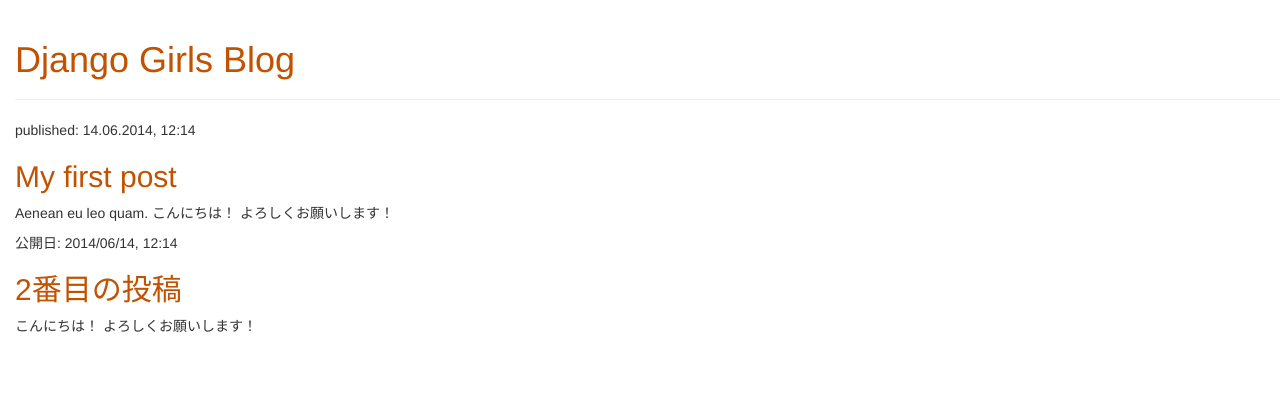
Repository: yoku-094/practice_python
Page: http://localhost/
These files come from the project's save history. The page is drawn as it stood at one moment and after the next save; the edit follows.
The browser window is 1280 px wide. The pictures show the whole page.
Some web libraries are served in a nearby version. The page is served by the project's application, run on Django 3.2 (manage.py). Other server files are loaded and not shown. Queries for data that is not in the repository find no rows.

Above is the page before, as saved 2022-08-30 12:40:50.

### blog/templatetags/markdown_filter.py
import markdown
from django import template
from django.utils.safestring import mark_safe

register = template.Library()

@register.filter
def markdown_to_html(text):
    return mark_safe(markdown.markdown(text))

### blog/templates/blog/post_list.html
{% load static %}
<html>
  <head>
    <title>Django Girls blog</title>
    <link
      rel="stylesheet"
      href="//maxcdn.bootstrapcdn.com/bootstrap/3.2.0/css/bootstrap.min.css"
    />
    <link
      rel="stylesheet"
      href="//maxcdn.bootstrapcdn.com/bootstrap/3.2.0/css/bootstrap-theme.min.css"
    />
    <link rel="stylesheet" href="{% static 'css/blog.css' %}" />
  </head>
  <body>
    <div class="page-header">
      <h1><a href="/">Django Girls Blog</a></h1>
    </div>

    {% for post in posts %}
    <div class="post">
      <p>published: {{ post.published_date }}</p>
      <h2><a href="">{{ post.title }}</a></h2>
      <p>{{ post.text|linebreaksbr }}</p>
    </div>
    {% endfor %}

    <div>
      <p>published: 14.06.2014, 12:14</p>
      <h2><a href="">My first post</a></h2>
      <p>Aenean eu leo quam. こんにちは！ よろしくお願いします！</p>
    </div>

    <div>
      <p>公開日: 2014/06/14, 12:14</p>
      <h2><a href="">2番目の投稿</a></h2>
      <p>こんにちは！ よろしくお願いします！</p>
    </div>
  </body>
</html>

### blog/views.py
from django.shortcuts import render
from django.utils import timezone
from .models import Post

# ポストの一覧を表示（モデルに情報を要求し、テンプレートに渡す）
def post_list(request):
    # request：インターネットを介してユーザから受け取った全ての情報が詰まったもの

    # Postモデルからブログの記事を取り出して並べ替える
    posts = Post.objects.filter(published_date__lte=timezone.now()).order_by('published_date')

    # {}の中に指定した情報をテンプレートで表示（{'名前': 値（クエリセット）}）
    return render(request, 'blog/post_list.html', {'posts': posts})

### mysite/urls.py
"""mysite URL Configuration

The `urlpatterns` list routes URLs to views. For more information please see:
    https://docs.djangoproject.com/en/3.2/topics/http/urls/
Examples:
Function views
    1. Add an import:  from my_app import views
    2. Add a URL to urlpatterns:  path('', views.home, name='home')
Class-based views
    1. Add an import:  from other_app.views import Home
    2. Add a URL to urlpatterns:  path('', Home.as_view(), name='home')
Including another URLconf
    1. Import the include() function: from django.urls import include, path
    2. Add a URL to urlpatterns:  path('blog/', include('blog.urls'))
"""
from django.contrib import admin
from django.urls import path, include

urlpatterns = [
    path('admin/', admin.site.urls),

    # リダイレクト
    path('', include('blog.urls')),
]

### blog/static/css/blog.css
h1 a,
h2 a {
  color: #c25100;
}

body {
  padding-left: 15px;
}

Loaded but not shown: blog/urls.py (common file)

After the next save:
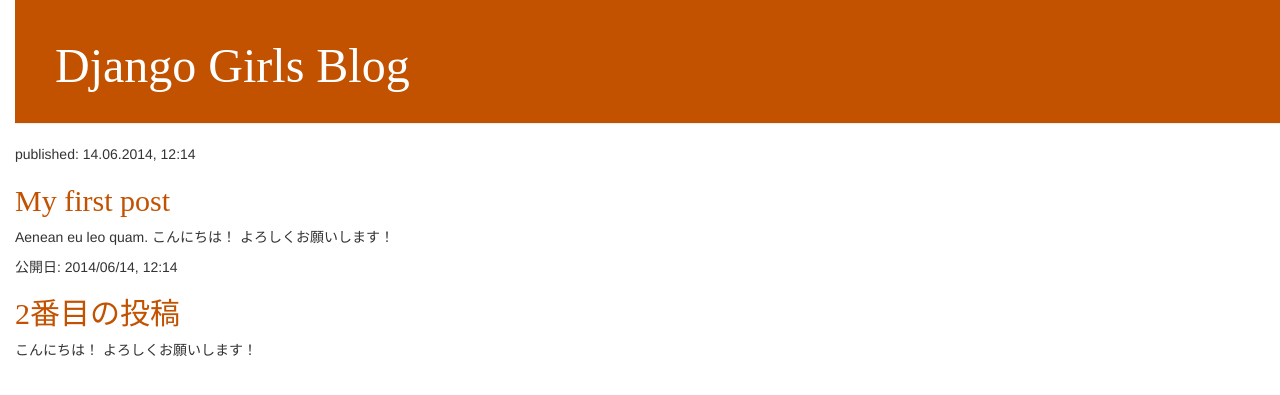
Saved 23 s later.
--- a/blog/static/css/blog.css
+++ b/blog/static/css/blog.css
@@ -6,3 +6,60 @@
 body {
   padding-left: 15px;
 }
+
+.page-header {
+  background-color: #c25100;
+  margin-top: 0;
+  padding: 20px 20px 20px 40px;
+}
+
+.page-header h1,
+.page-header h1 a,
+.page-header h1 a:visited,
+.page-header h1 a:active {
+  color: #ffffff;
+  font-size: 36pt;
+  text-decoration: none;
+}
+
+.content {
+  margin-left: 40px;
+}
+
+h1,
+h2,
+h3,
+h4 {
+  font-family: "Lobster", cursive;
+}
+
+.date {
+  color: #828282;
+}
+
+.save {
+  float: right;
+}
+
+.post-form textarea,
+.post-form input {
+  width: 100%;
+}
+
+.top-menu,
+.top-menu:hover,
+.top-menu:visited {
+  color: #ffffff;
+  float: right;
+  font-size: 26pt;
+  margin-right: 20px;
+}
+
+.post {
+  margin-bottom: 70px;
+}
+
+.post h2 a,
+.post h2 a:visited {
+  color: #000000;
+}
